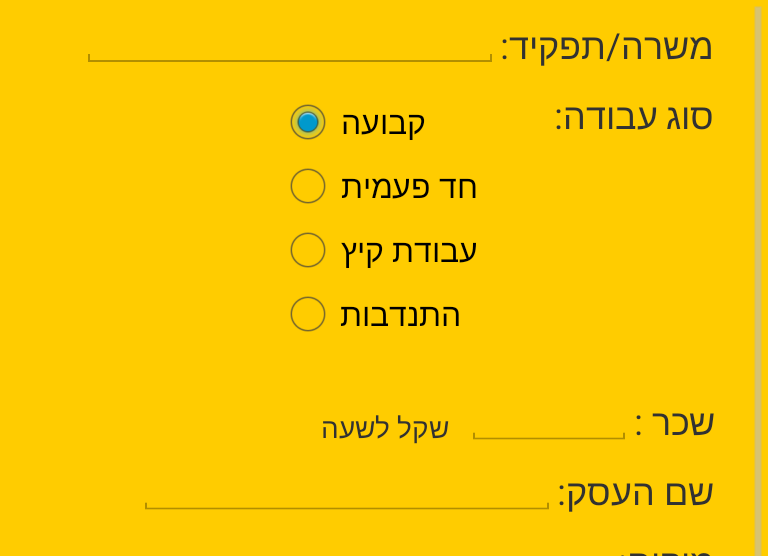
Repository: rodi055/jobli
Layout: Jobli/res/layout/fragment_create_job.xml
The author's editor kept a copy of each file at every save. The layout is drawn from the files as they stood at one save, then again after the next save.
The pictures show rows 0 to 556 of an output 1280 px tall.
Pictures or frames that could not be fetched are drawn as grey boxes. It is drawn on a 768 x 1280 px phone screen (xhdpi) without system bars, with theme AppTheme; the app's code is not run. The app's manifest (not shown) leaves right-to-left support off. So textAlignment, textDirection and layoutDirection are ignored, and left and right values win over start and end ones.

Above is the layout before, as saved 2015-01-03 21:32:34.

After the next save:
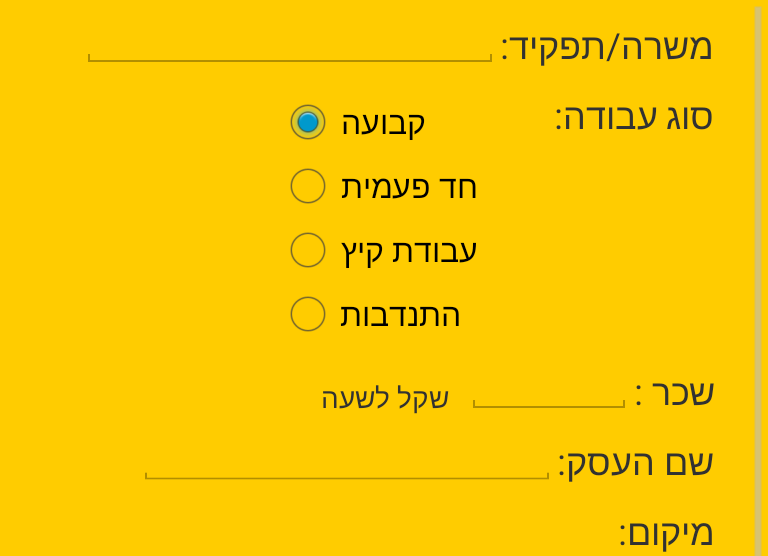
Saved 73 s later.
--- a/Jobli/res/layout/fragment_create_job.xml
+++ b/Jobli/res/layout/fragment_create_job.xml
@@ -103,7 +103,7 @@
 
             <RelativeLayout
                 android:layout_width="wrap_content"
-                android:layout_height="40dp"
+                android:layout_height="wrap_content"
                 android:layout_marginTop="10dp" >
 
                 <TextView
@@ -112,7 +112,7 @@
                     android:layout_height="wrap_content"
                     android:layout_alignParentEnd="true"
                     android:layout_alignParentRight="true"
-                    android:layout_alignParentBottom="true"
+                    android:layout_alignParentTop="true"
                     android:layout_marginEnd="20dp"
                     android:layout_marginRight="20dp"
                     android:text="שכר :"
@@ -122,9 +122,10 @@
                     android:id="@+id/editText8"
                     android:layout_width="wrap_content"
                     android:layout_height="wrap_content"
-                    android:layout_alignTop="@+id/textView8"
+                    android:layout_alignBottom="@+id/textView8"
                     android:layout_toLeftOf="@+id/textView8"
                     android:ems="4"
+                    android:textSize="18sp"
                     android:inputType="numberDecimal"
                     android:maxLines="1"
                     android:singleLine="true" />
